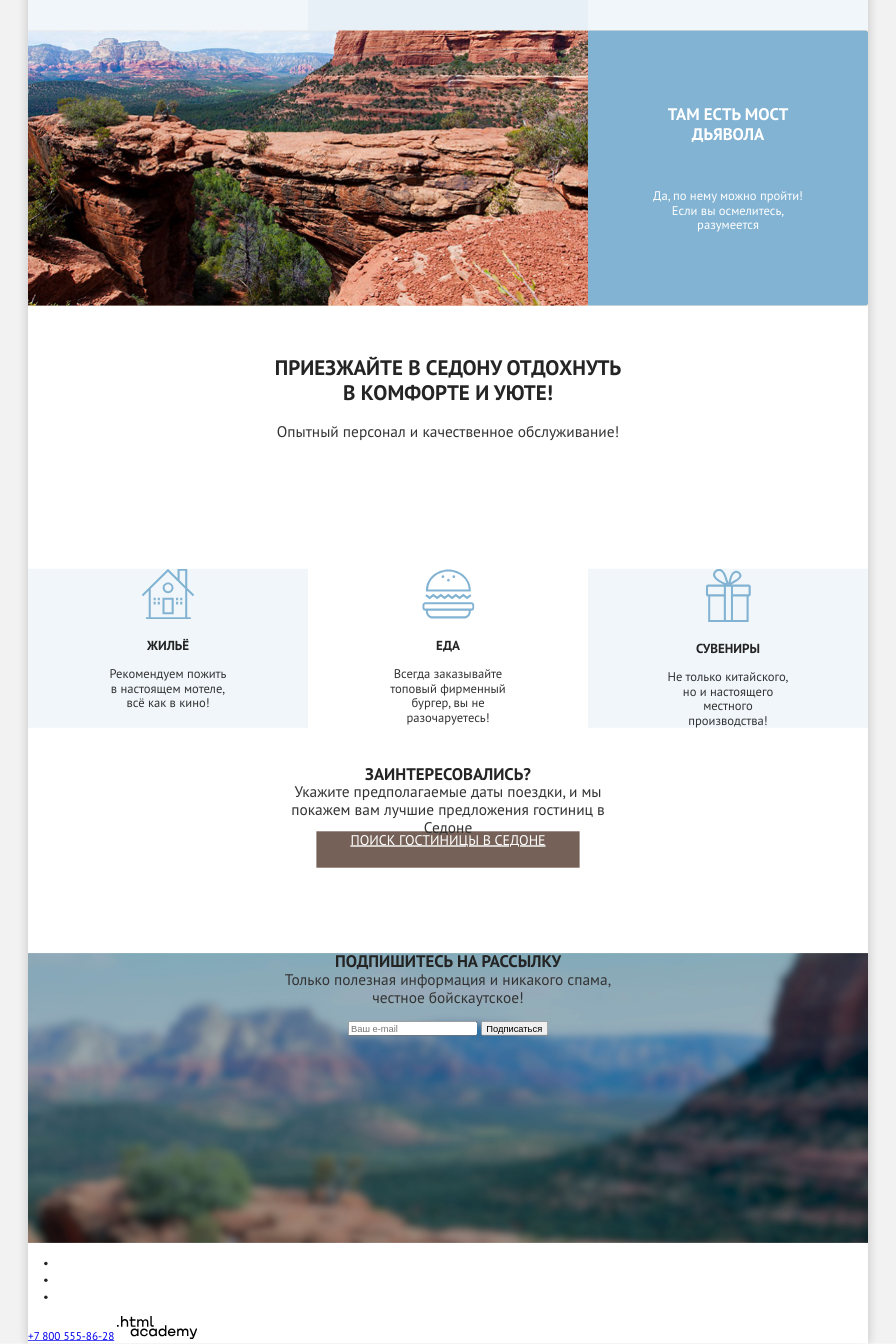
Repository: zakhgagne/2512253-sedona-1
Page: index.html
An editor plug-in stored every save of this project. The page is shown before and after the next save, followed by the edit.
The browser window is 1280 px wide. The pictures show the part of the page from y = 1551 to 3471 px (the page is 3471 px tall), at 70% of full size.

Above is the page before, as saved 2024-05-11 19:38:28.

### index.html
<!DOCTYPE html>
<html lang="ru">

  <head>
    <meta charset="utf-8">
    <title>Сайт города Седона</title>
    <link rel="stylesheet" href="styles/styles.css">
  </head>

  <body>
    <div class="container">
      <header class="header">
        <a class="logo-link" href="#">
          <img class="logo-image" src="./images/logo.svg" alt="Любимая Седона" width="" height="">
        </a>
        <nav class="navigation">
          <ul class="main-menu">
            <li class="menu-item">
              <a href="./index.html" class="menu-link">Главная</a>
            </li>
            <li class="menu-item">
              <a href="#" class="menu-link">О Седоне</a>
            </li>
            <li class="menu-item">
              <a href="./catalog.html" class="menu-link">Гостиницы</a>
            </li>
          </ul>
          <ul class="user-menu">
            <li class="user-menu-item">
              <a href="#" class="user-menu-link">
                <span class="visually-hidden">Поиск</span>
              </a>
            </li>
            <li class="user-menu-item">
              <a href="#" class="user-menu-link">
                <span class="visually-hidden">Избранное</span>
                <span class="like-number">12</span>
              </a>
            </li>
            <li class="user-menu-item">
              <a href="#" class="user-menu-link">Хочу сюда!</a>
            </li>
          </ul>
        </nav>
      </header>
      <main class="main-container">
        <h1 class="visually-hidden">Cайт города Седона</h1>
        <section class="welcome">
          <h2 class="visually-hidden">Приглашение</h2>
          <img src="./images/welcome.svg" class="welcome-image" width="" height="" alt="Welcome">
        </section>

        <section class="city">
          <h2 class="city-title">Седона — небольшой городок в Аризоне, заслуживающий большего!</h2>
          <p class="city-subtitle">Рассмотрим причины, по которым Седона круче, чем Гранд-Каньон!</p>

          <ul class="reason-list">
            <li class="reason-item reason-item-special">
              <div class="reason-container">
                <h3 class="reason-title">Настоящий городок</h3>
                <p class="reason-text">Седона — не аттракцион для туристов, там течёт своя жизнь</p>
              </div>
              <img src="./images/photo-1.jpg" class="reason-image" width="" height="">
            </li>
            <li class="reason-item">
              <div class="reason-container">
                <h3 class="reason-title">Небольшая площадь</h3>
                <p class="reason-text">Все достопримечательности находятся очень близко</p>
              </div>
            </li>
            <li class="reason-item">
              <div class="reason-container">
                <h3 class="reason-title">Красивая дорога</h3>
                <p class="reason-text">Ехать в Седону из Лас-Вегаса совсем не скучно!</p>
              </div>
            </li>
            <li class="reason-item">
              <div class="reason-container">
                <h3 class="reason-title">Мало туристов</h3>
                <p class="reason-text">Большинство едет в Гранд Каньон и толпится там</p>
              </div>
            </li>
            <li class="reason-item reason-item-special">
              <img src="./images/photo-2.jpg" class="reason-image" width="" height="">
              <div class="reason-container">
                <h3 class="reason-title">Там есть мост дьявола</h3>
                <p class="reason-text">Да, по нему можно пройти! Если вы осмелитесь, разумеется</p>
              </div>
            </li>
          </ul>
        </section>

        <section class="city-welcome">
          <h2 class="desription">Приезжайте в Седону отдохнуть в комфорте и уюте!</h2>
          <p class="simple-text">Опытный персонал и качественное обслуживание!</p>
          <div class="container-city-welcome">
            <ul class="comfort-list">
              <li class="comfort-item">
                <img src="./images/advantage-icon-home.svg" class="reason-image" width="" height="">
                <h3 class="comfort-title">Жильё</h3>
                <p class="comfort-text">Рекомендуем пожить в настоящем мотеле, всё как в кино!</p>
              </li>
              <li class="comfort-item">
                <img src="./images/advantage-icon-food.svg" class="reason-image" width="" height="">
                <h3 class="comfort-title">Еда</h3>
                <p class="comfort-text">Всегда заказывайте топовый фирменный бургер, вы не разочаруетесь!</p>
              </li>
              <li class="comfort-item">
                <img src="./images/advantage-icon-gift.svg" class="reason-image" width="" height="">
                <h3 class="comfort-title">Сувениры</h3>
                <p class="comfort-text">Не только китайского, но и настоящего местного производства!</p>
              </li>
            </ul>
          </div>
        </section>

        <section class="interest">
          <h2 class="desription">Заинтересовались?</h2>
          <p class="simple-text">Укажите предполагаемые даты поездки, и мы покажем вам лучшие предложения гостиниц в
            Седоне</p>
            <div class="container-button">
          <a href="#" class="button-search-motel">ПОИСК ГОСТИНИЦЫ В седоне</a>
          </div>
        </section>

      </main>

      <footer>
        <section class="news-letter">
          <h2 class="desription">Подпишитесь на рассылку</h2>
          <p class="simple-text">Только полезная информация и никакого спама, честное бойскаутское!</p>

          <form class="subscribe-form" action="https://echo.htmlacademy.ru/" method="post">
            <input class="field" placeholder="Ваш e-mail" type="email" name="distribution-email" required>
            <button class="subscribe-form-button" type="submit">Подписаться</button>
          </form>
        </section>
        <div class="footer-container">
          <section class="contacts">
            <h2 class="visually-hidden">Контакты</h2>
            <ul class="contact-list">
              <li class="contact-list-item">
                <a href="#" class="contact-list-link">
                  <p class="visually-hidden">Вконтакте</p>
                </a>
              </li>
              <li class="contact-list-item">
                <a href="#" class="contact-list-link">
                  <p class="visually-hidden">Телеграм</p>
                </a>
              </li>
              <li class="contact-list-item">
                <a href="#" class="contact-list-link">
                  <p class="visually-hidden">Ютуб</p>
                </a>
              </li>
            </ul>
            <a class="footer-contacts-address-phone" href="tel:+78005558628">+7 800 555-86-28</a>
            <a class="htmlacademy-link" href="https://htmlacademy.ru/">
              <img src="./images/logo-academy.svg" width="" height="" alt="Академия">
            </a>
          </section>
        </div>
      </footer>
    </div>
  </body>

</html>

### styles/styles.css
@font-face {
  font-family: "PT Sans";
  font-style: normal;
  font-weight: 400;
  src: url("../fonts/ptsans-400.woff2") format("woff2");
  font-display: swap;
}

@font-face {
  font-family: "PT Sans";
  font-style: normal;
  font-weight: 700;
  src: url("../fonts/ptsans-700.woff2") format("woff2");
  font-display: swap;
}


body {
  margin: 0;
  font-family: "PT Sans", "Arial", sans-serif;
  font-size: 16px;
  line-height: 24px;
  color: #242424;
  background-color: #f2f2f2;
}

.visually-hidden {
  display: none;
}

.container {
  width: 1200px;
  margin: 0 auto;
  background-color: #ffffff;
  box-shadow: 0 0 15px rgba(0, 0, 0, 0.2);
}

.header {
  background-color: #ffffff;
  position: relative;
  padding: 0 68px 0 238px;
}

.logo-link {
  position: absolute;
  top: 0;
  left: 70px;
}

.logo-image {}

.navigation {
  display: flex;
  justify-content: space-between;
}

.main-menu {
  padding: 0;
  margin: 0;
  list-style: none;
  display: flex;
  width: 500px;
  flex-wrap: wrap;
}

.menu-item {}

.menu-link {
  font-size: 20px;
  font-weight: 700;
  line-height: 24px;
  color: #000000;
  text-decoration: none;
  display: block;
  padding: 20px 16px;

}

.menu-item:nth-child(1) {
  /* background-color: red; */
}

.menu-item:nth-child(2) {
  /* background-color: blue; */
}

.menu-item:nth-child(3) {
  /* background-color: red; */
}

.user-menu {
  padding: 0;
  margin: 0;
  list-style: none;
  display: flex;
}

.welcome {
  background-color: #aec5d1;
  background-image: url("../images/white-crown.svg"), url("../images/index-background.jpg");
  background-repeat: no-repeat;
  background-position: center bottom, center top;
  background-size: 1200px 57px, cover;
  padding-top: 51px;
  padding-bottom: 82px;
  min-height: 352px;
}

.welcome-image {
  display: block;
  margin: 0 auto;
}

.city {
  text-align: center;
  padding-top: 70px;
}

.city-title {
  padding: 0;
  margin: 0 auto 24px;
  font-size: 30px;
  font-weight: 700;
  line-height: 36px;
  text-transform: uppercase;
  width: 750px;

}

.city-subtitle {
  padding: 1px;
  margin: 0 auto 87px;
  font-size: 22px;
  font-weight: 400;
  line-height: 26px;
  width: 750px;
}

.reason-list {
  display: flex;
  justify-content: space-between;
  text-align: center;
  padding: 0;
  margin: 0;
  list-style: none;
  flex-wrap: wrap;
}

.reason-item {
  display: flex;
  background-color: bisque;
}

.reason-container {
  width: 400px;
  padding-top: 106px;
  padding-bottom: 105px;
}

.reason-title {
  margin: 0 auto 63px;
  padding: 0;
  font-size: 24px;
  font-weight: 700;
  line-height: 28px;
  width: 175px;
  text-transform: uppercase;

}

.reason-text {
  padding: 0;
  margin: 0 auto;
  font-size: 18px;
  font-weight: 400;
  line-height: 21px;
  width: 231px;
}

.reason-item:nth-child(2n) {
  background-color: #f0f6fa;
}

.reason-item:nth-child(3n) {
  background-color: #e6f0f6;
}

.reason-item-special .reason-container {
  background-color: #82B3D3;
  border-radius: 0px 4px 4px 0px;
  color: #FFFFFF;

}

.comfort-list {
  display: flex;
  justify-content: space-between;
  text-align: center;
  padding: 0;
  margin: 0;
  list-style: none;
}

.comfort-item {
  width: 400px;
}
.comfort-item:nth-child(even) {
  background-color: #ffffff;
}
.comfort-item:nth-child(odd) {
  background-color: #f0f6fa;
}

.interest {
  text-align: center;
  margin: 54px auto;
  height: 214px;
  width: 592px;
}

.desription {
  padding: 0;
  margin: 0;
  text-transform: uppercase;
}

.footer-container {
  display: flex;
  margin: 0 auto;
}


.news-letter {
  background-image: url("../images/subscribe.jpg");
  background-repeat: no-repeat;
  min-height: 414px;
  text-align: center;

  /*width: 684px;*/
}

.city-welcome {
  text-align: center;
  padding-top: 70px;
}

.city-welcome .desription {
  padding: 0;
  margin: 0 auto 24px;
  font-size: 30px;
  font-weight: 700;
  line-height: 36px;
  text-transform: uppercase;
  width: 500px;
}

.simple-text {

  padding: 0;
  margin: 0 auto;
  width: 490px;
  height: 70px;

  /* Texts/Text basic */
  font-weight: 400;
  font-size: 22px;
  line-height: 26px;
  /* identical to box height, or 118% */
  /* Texts/second */
  color: #333333;
}

.container-city-welcome {

  text-align: center;
  padding-top: 140px;
}

.comfort-text {
  font-weight: 400;
  font-size: 18px;
  line-height: 21px;
  color: #333333;
  flex: none;
  order: 2;
  align-self: stretch;
  flex-grow: 0;
  width: 175px;
  margin: 0 auto;
  padding: 0;
}
.comfort-title {
text-transform: uppercase;
}

.container-button {
  /* Кнопка */
  width: 376px;
  height: 52px;
  color: #FFFFFF;
  /* Inside auto layout */
  flex: none;
  order: 1;
  flex-grow: 0;
  margin: 0 auto 0;
  padding: 0;
  padding-top: 10;
  background-color: #756157;
}
.button-search-motel{
  /* margin: 0 auto 0;
  padding-top: 15px; */
  color: #FFFFFF;
  text-transform: uppercase;
  font-size: 20px;
  padding-top: 11px;
}

After the next save:
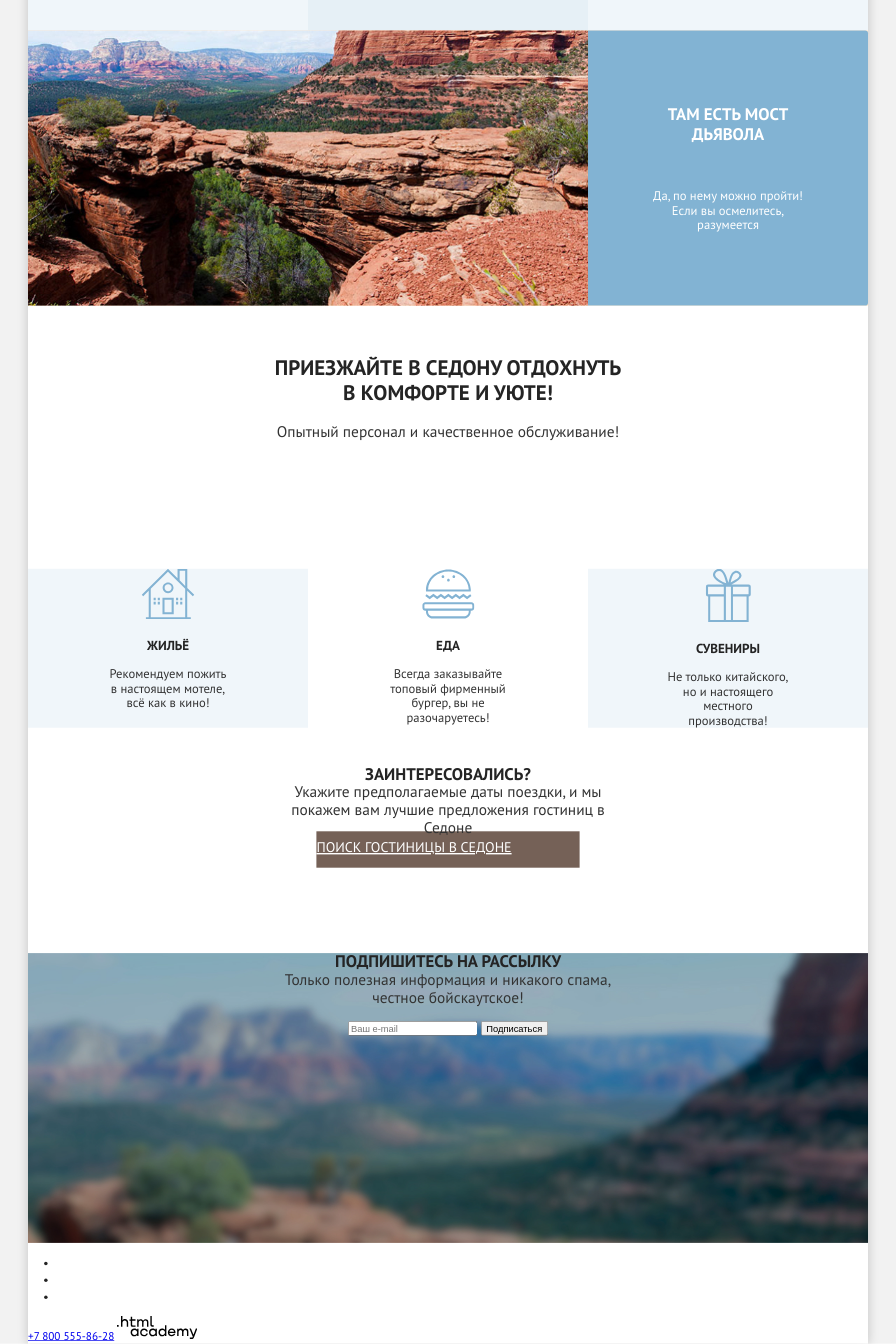
Saved 34 s later.
--- a/styles/styles.css
+++ b/styles/styles.css
@@ -308,8 +308,9 @@ text-transform: uppercase;
   background-color: #756157;
 }
 .button-search-motel{
-  /* margin: 0 auto 0;
-  padding-top: 15px; */
+  margin: 0 auto 0;
+  padding-top: 15px;
+  display: flex;
   color: #FFFFFF;
   text-transform: uppercase;
   font-size: 20px;
